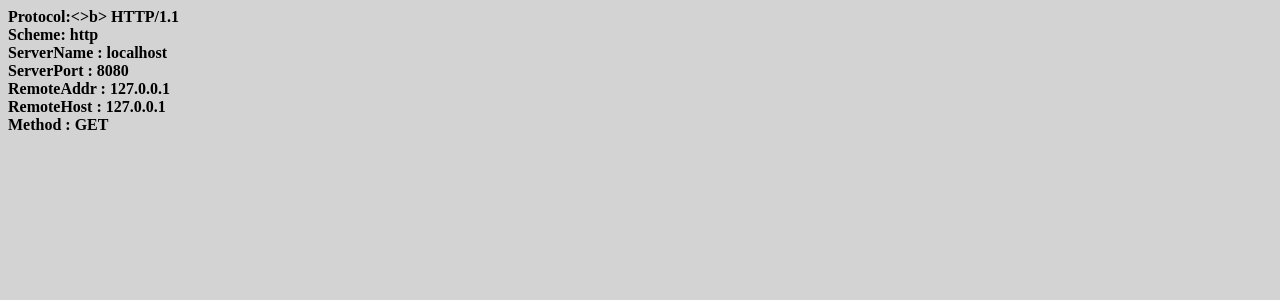
Repository: aymenhamim/java1
Page: http://localhost/jsp/Infos.jsp
These files come from the project's save history. The page is drawn as it stood at one moment and after the next save; the edit follows.
The browser window is 1280 px wide. The pictures show the whole page.
The page is served by Tomcat 9.

Above is the page before, as saved 2025-11-29 09:34:28.

### supemir/jsp/WebContent/Infos.jsp
<%@ page language="java" contentType="text/html; charset=ISO-8859-1"
    pageEncoding="ISO-8859-1"%>
<!DOCTYPE html PUBLIC "-//W3C//DTD HTML 4.01 Transitional//EN" "http://www.w3.org/TR/html4/loose.dtd">
<html>
<head>
<meta http-equiv="Content-Type" content="text/html; charset=ISO-8859-1">
<title>User Informations</title>
</head>
<body bgColor="lightgray">

	<b>Protocol:<></>b> <%= request.getProtocol() %><br>
	<b>Scheme: <%= request.getScheme() %><br>
	<b>ServerName : <%= request.getServerName() %><br>
	<b>ServerPort : <% out.println(request.getServerPort()); %><br>
	<b>RemoteAddr : <% out.println(request.getRemoteAddr()); %><br>
	<b>RemoteHost : <% out.println(request.getRemoteHost()); %><br>
	<b>Method : <%= request.getMethod() %><br>

</body>
</html>

After the next save:
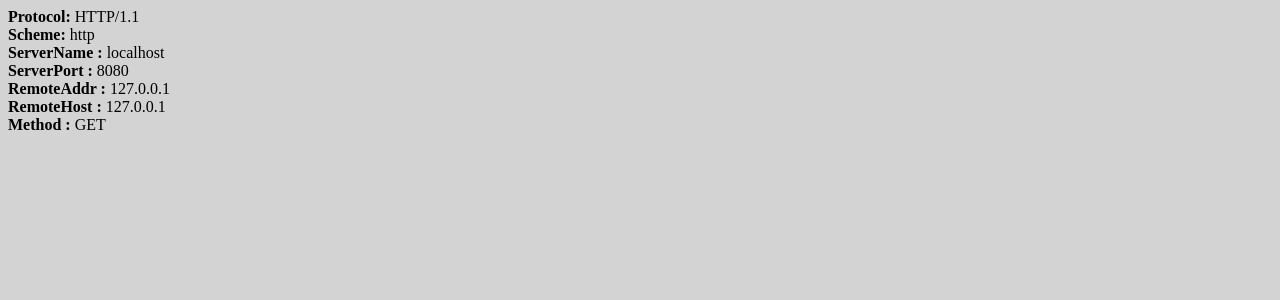
Saved 28 s later.
--- a/supemir/jsp/WebContent/Infos.jsp
+++ b/supemir/jsp/WebContent/Infos.jsp
@@ -8,13 +8,13 @@
 </head>
 <body bgColor="lightgray">
 
-	<b>Protocol:<></>b> <%= request.getProtocol() %><br>
-	<b>Scheme: <%= request.getScheme() %><br>
-	<b>ServerName : <%= request.getServerName() %><br>
-	<b>ServerPort : <% out.println(request.getServerPort()); %><br>
-	<b>RemoteAddr : <% out.println(request.getRemoteAddr()); %><br>
-	<b>RemoteHost : <% out.println(request.getRemoteHost()); %><br>
-	<b>Method : <%= request.getMethod() %><br>
+	<b>Protocol:</b> <%= request.getProtocol() %><br>
+	<b>Scheme:</b> <%= request.getScheme() %><br>
+	<b>ServerName :</b> <%= request.getServerName() %><br>
+	<b>ServerPort :</b> <% out.println(request.getServerPort()); %><br>
+	<b>RemoteAddr :</b> <% out.println(request.getRemoteAddr()); %><br>
+	<b>RemoteHost :</b> <% out.println(request.getRemoteHost()); %><br>
+	<b>Method :</b> <%= request.getMethod() %><br>
 
 </body>
 </html>
